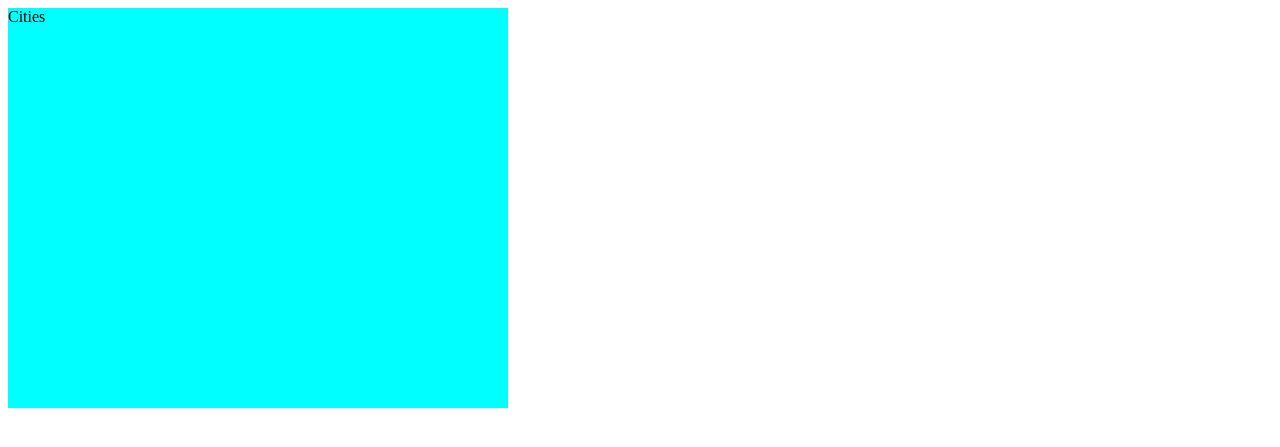
Repository: LongNguyen2504/T3H-FrondEnd
Page: Lesson3_CSS_HomeWork1.html
The author's editor kept a copy of each file at every save. The page is drawn from the files as they stood at one save, then again after the next save.
The browser window is 1280 px wide. The pictures show the whole page.

Above is the page before, as saved 2021-12-01 17:14:44.

### Lesson3_CSS_HomeWork1.html
<!DOCTYPE html>
<html lang="en">
<head>
    <meta charset="UTF-8">
    <meta http-equiv="X-UA-Compatible" content="IE=edge">
    <meta name="viewport" content="width=device-width, initial-scale=1.0">
    <title>Document</title>
</head>
<body>
    <div class="ancestor-div" style="background-color: aqua; width: 500px; height: 400px;">
        <div class="city-div">
            Cities
        </div>
    </div>

</body>
</html>

After the next save:
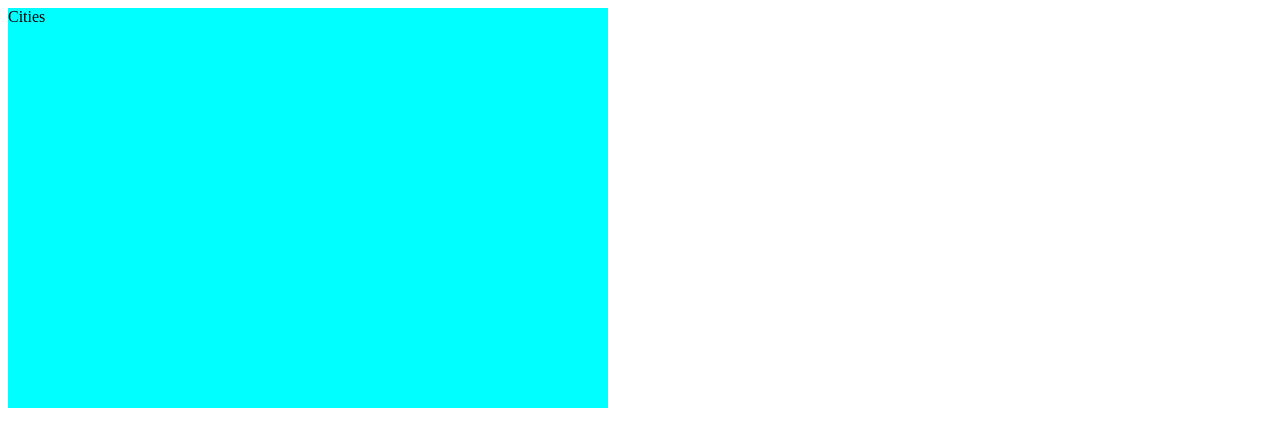
Saved 14 s later.
--- a/Lesson3_CSS_HomeWork1.html
+++ b/Lesson3_CSS_HomeWork1.html
@@ -7,7 +7,7 @@
     <title>Document</title>
 </head>
 <body>
-    <div class="ancestor-div" style="background-color: aqua; width: 500px; height: 400px;">
+    <div class="ancestor-div" style="background-color: aqua; width: 600px; height: 400px;">
         <div class="city-div">
             Cities
         </div>
